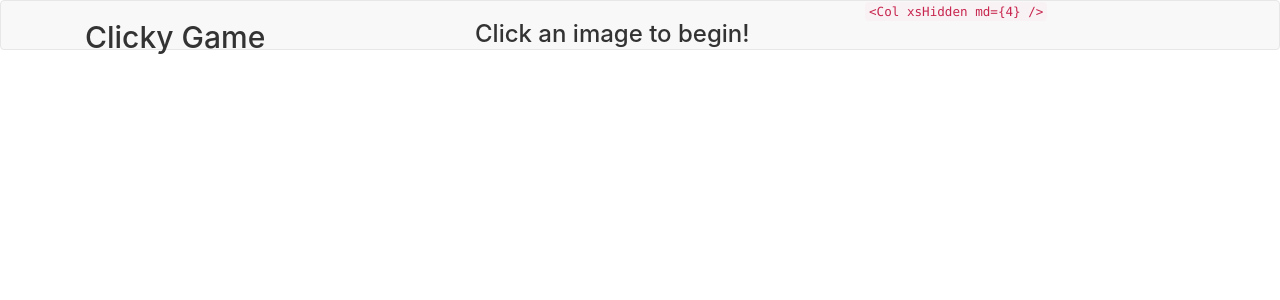
Repository: vivianuol/Clicky-game
Page: /
An editor plug-in stored every save of this project. The page is shown before and after a run of saves, followed by the edit.
The browser window is 1280 px wide. The pictures show the whole page.
The project was rebuilt for these pictures with package versions that can differ from the ones it lists, and the page was loaded fresh each time.

Above is the page before, as saved 2019-01-12 11:51:55.

After the next 2 saves:
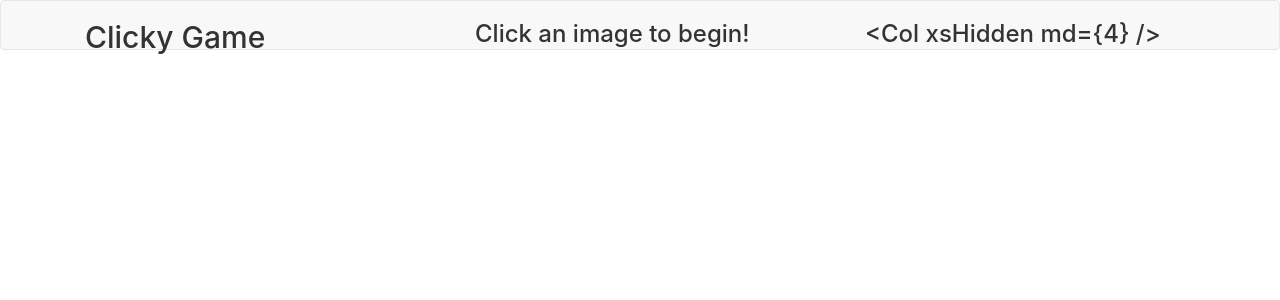
The 2 saves are shown as one change because 1 did not build or start.
The last was saved 17 s later.
--- a/src/components/Header.js
+++ b/src/components/Header.js
@@ -19,7 +19,7 @@
                             <h3>Click an image to begin!</h3>
                         </Col>
                         <Col xsHidden md={4}>
-                            <code>{'<Col xsHidden md={4} />'}</code>
+                            <h3>{'<Col xsHidden md={4} />'}</h3>
                         </Col>
                     </Row>
                 </Grid>
